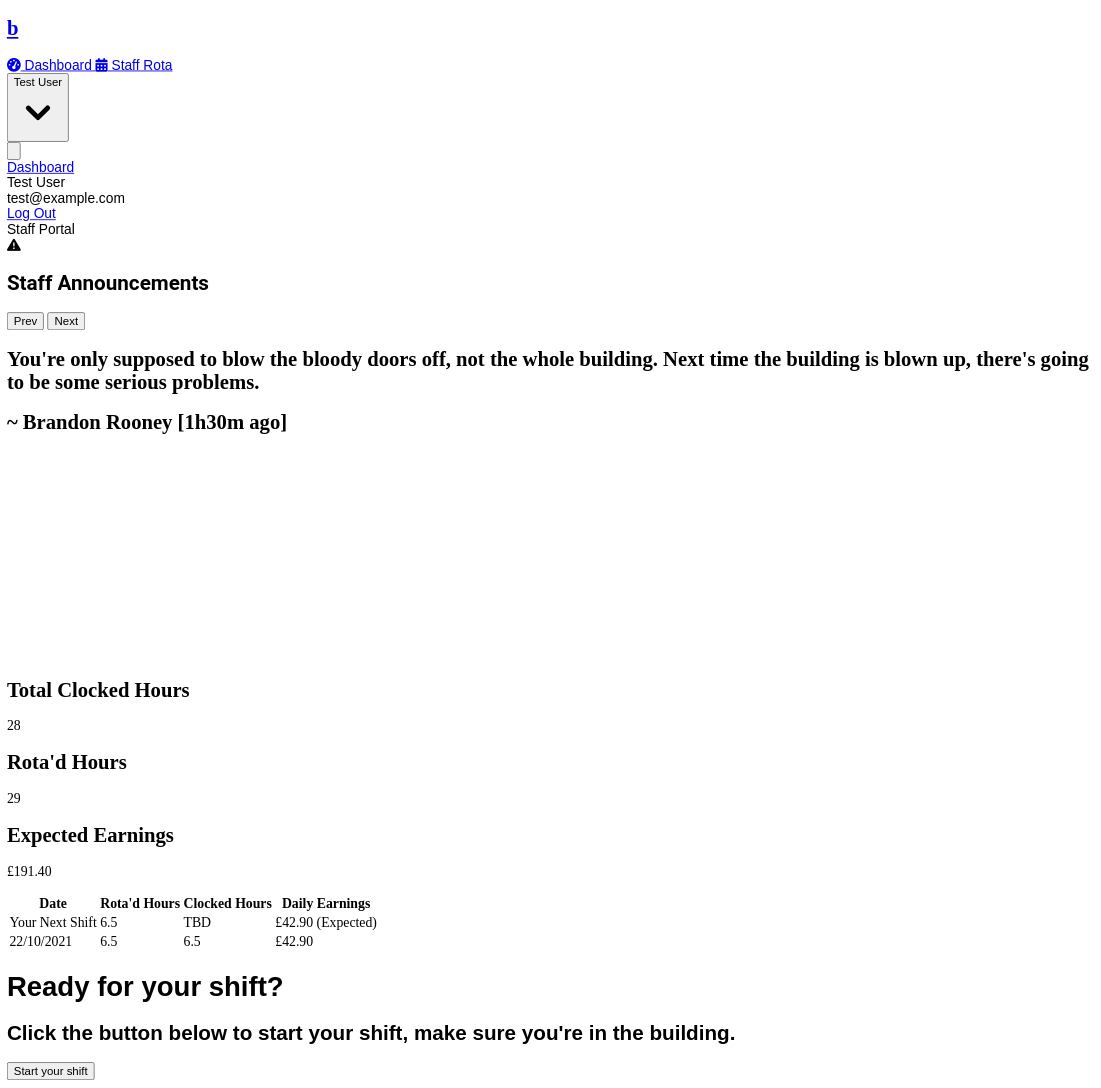
Repository: SimplyBrandon/blue-lounge
Page: http://localhost/rota
The author's editor kept a copy of each file at every save. The page is drawn from the files as they stood at one save, then again after the next save.
The browser window is 1280 px wide. The pictures show the whole page, at 86% of full size.
Some web libraries are served in a nearby version. The page is served by the project's Laravel application, run on PHP 8.4 with Laravel 8. A made-up administrator, Test User (test@example.com), is signed in. Other server files are loaded and not shown.

Above is the page before, as saved 2021-10-23 15:35:04.

### routes/web.php
<?php

use Illuminate\Support\Facades\Route;

/*
|--------------------------------------------------------------------------
| Web Routes
|--------------------------------------------------------------------------
|
| Here is where you can register web routes for your application. These
| routes are loaded by the RouteServiceProvider within a group which
| contains the "web" middleware group. Now create something great!
|
*/

Route::get('/', function () {
    return view('welcome');
})->name('welcome');

Route::get('/dashboard', function () {
    return view('dashboard');
})->middleware(['auth'])->name('dashboard');

Route::get('/rota', function(){
    return view('staff.rota');
})->middleware(['auth'])->name('rota');

require __DIR__.'/auth.php';

### resources/views/staff/rota.blade.php
@extends('layouts.app')

@section('content')
    <div class="flex items-start max-w-7xl mx-auto mt-10 px-4 sm:px-6 lg:px-8">
        <div class="flex flex-col flex-grow mr-10">
            <div class="flex flex-col bg-black bg-opacity-30 rounded-md mb-8 shadow-md">
                <div class="flex items-center w-full px-6 py-4 text-white text-sm font-semibold uppercase tracking-wider" style="font-family: 'Roboto', sans-serif">
                    <div class="flex items-center">
                        <i class="fa fa-exclamation-triangle mr-3"></i>
                        <h2>Staff Announcements</h2>
                    </div>
                    <div class="flex items-center ml-auto">
                        <button type="button" id="prev-announcement" class="mr-3 uppercase font-semibold">Prev</button>
                        <button type="button" id="next-announcement" class="uppercase font-semibold">Next</button>
                    </div>
                </div>
                <div class="flex flex-col">
                    <div class="flex flex-col bg-white bg-opacity-5 rounded-b-md">
                        <h2 class="text-white px-6 py-3">You're only supposed to blow the bloody doors off, not the whole building. Next time the building is blown up, there's going to be some serious problems.</h2>
                        <h2 class="text-gray-300 italic font-semibold px-6 pb-3">~ Brandon Rooney <span class="text-xs text-gray-50">[1h30m ago]</span></h2>
                    </div>
                </div>
            </div>

            <div class="flex flex-col w-full bg-white bg-opacity-5 rounded-md shadow-md p-10">
                <canvas id="myChart" width="400" height="240"></canvas>
                <div class="flex items-center mt-8 pb-4 border-b-2 border-white border-opacity-5">
                    <div class="flex flex-col w-1/3">
                        <h2 class="text-gray-300 text-sm">Total Clocked Hours</h2>
                        <p class="text-white font-bold text-3xl">28</p>
                    </div>
                    <div class="flex flex-col w-1/3 text-center">
                        <h2 class="text-gray-300 text-sm">Rota'd Hours</h2>
                        <p class="text-white font-bold text-3xl">29</p>
                    </div>
                    <div class="flex flex-col w-1/3 text-right">
                        <h2 class="text-gray-300 text-sm">Expected Earnings</h2>
                        <p class="text-white font-bold text-3xl">£191.40</p>
                    </div>
                </div>
                <div class="flex flex-col w-full">
                    <table class="w-full">
                        <thead class="border-b-2 border-opacity-5 border-white">
                            <tr>
                                <th class="text-left text-white py-3">Date</th>
                                <th class="text-left text-white py-3">Rota'd Hours</th>
                                <th class="text-right text-white py-3">Clocked Hours</th>
                                <th class="text-white py-3 text-right">Daily Earnings</th>
                            </tr>
                        </thead>
                        <tbody>
                            <tr class="font-semibold">
                                <td class="text-left text-white py-3 uppercase text-sm">Your Next Shift</td>
                                <td class="text-left text-white py-3">6.5</td>
                                <td class="text-right text-white py-3">TBD</td>
                                <td class="text-right text-white py-3">£42.90 (Expected)</td>
                            </tr>
                            <tr>
                                <td class="text-left text-gray-400 py-3">22/10/2021</td>
                                <td class="text-left text-gray-400 py-3">6.5</td>
                                <td class="text-right text-gray-400 py-3">6.5</td>
                                <td class="text-right text-gray-400 py-3">£42.90</td>
                            </tr>
                        </tbody>
                    </table>
                </div>
            </div>
        </div>
        <div class="flex flex-col" style="min-width: 340px;">
            <div class="flex flex-col bg-blue-400 rounded-md bg-opacity-20 justify-center p-10" style="font-family: 'Quicksand', sans-serif">
                <h1 class="font-semibold text-2xl text-white tracking-wider" style="font-family: 'Bebas Neue', sans-serif">Ready for your shift?</h1>
                <h2 class="text-gray-300 text-justify text-sm mt-2">Click the button below to start your shift, make sure you're in the building.</h2>

                <button type="button" class="bg-blue-400 hover:bg-blue-500 w-full mt-10 py-3 text-white text-sm uppercase font-semibold tracking-wide rounded-md shadow-md transition ease duration-200">Start your shift</button>
            </div>
        </div>
    </div>

    <script>

    </script>
@endsection

### resources/views/layouts/app.blade.php
<!DOCTYPE html>
<html lang="{{ str_replace('_', '-', app()->getLocale()) }}">
    <head>
        <meta charset="utf-8">
        <meta name="viewport" content="width=device-width, initial-scale=1">
        <meta name="csrf-token" content="{{ csrf_token() }}">

        <title>{{ config('app.name', 'Laravel') }}</title>

        <!-- Fonts -->
        <link rel="stylesheet" href="https://fonts.googleapis.com/css2?family=Nunito:wght@400;600;700&display=swap">

        <!-- Styles -->
        <link rel="stylesheet" href="{{ asset('css/app.css') }}">

        <!-- Scripts -->
        <script src="{{ asset('js/app.js') }}" defer></script>
        <script type="text/javascript" src="https://cdn.jsdelivr.net/npm/chart.js@3.5.1/dist/chart.min.js"></script>
    </head>
    <body class="font-sans antialiased">
        <div class="min-h-screen bg-gray-900">
            @include('layouts.navigation')

            <!-- Page Heading -->
            <header class="bg-gray-800 shadow">
                <div class="max-w-7xl mx-auto py-6 px-4 sm:px-6 lg:px-8 tracking-wide text-white text-2xl font-semibold" style="font-family: 'Quicksand', sans-serif">
                    Staff Portal
                </div>
            </header>

            <!-- Page Content -->
            <main>
                @yield('content')
            </main>
        </div>

        <script src="https://code.jquery.com/jquery-3.6.0.min.js" integrity="sha256-/xUj+3OJU5yExlq6GSYGSHk7tPXikynS7ogEvDej/m4=" crossorigin="anonymous"></script>
        <script type="text/javascript" src="{{ asset('js/parallax.min.js') }}"></script>
        <script src="https://kit.fontawesome.com/69ebd03f48.js" crossorigin="anonymous"></script>
    </body>
</html>

### resources/views/layouts/navigation.blade.php
<nav x-data="{ open: false }" class="bg-gray-800 border-b border-gray-900" style="font-family: 'Quicksand', sans-serif">
    <!-- Primary Navigation Menu -->
    <div class="max-w-7xl mx-auto px-4 sm:px-6 lg:px-8">
        <div class="flex justify-between h-16">
            <div class="flex">
                <!-- Logo -->
                <div class="flex-shrink-0 flex items-center">
                    <a href="{{ route('dashboard') }}">
                        <h2 class="font-semibold text-blue-400 text-4xl" style="font-family: 'Righteous', cursive">b</h2>
                    </a>
                </div>

                <!-- Navigation Links -->
                <div class="hidden space-x-8 sm:-my-px sm:ml-10 sm:flex">
                    <x-nav-link :href="route('dashboard')" :active="request()->routeIs('dashboard')">
                        <i class="fa fa-tachometer mr-3"></i> {{ __('Dashboard') }}
                    </x-nav-link>
                    <x-nav-link :href="route('rota')" :active="request()->routeIs('rota')">
                        <i class="fa fa-calendar mr-3"></i> {{ __('Staff Rota') }}
                    </x-nav-link>
                </div>
            </div>

            <!-- Settings Dropdown -->
            <div class="hidden sm:flex sm:items-center sm:ml-6">
                <x-dropdown align="right" width="48">
                    <x-slot name="trigger">
                        <button class="flex items-center text-sm font-medium text-white hover:text-blue-400 hover:border-gray-300 focus:outline-none focus:text-blue-300 focus:border-gray-300 transition duration-150 ease-in-out">
                            <div>{{ Auth::user()->name }}</div>

                            <div class="ml-1">
                                <svg class="fill-current h-4 w-4" xmlns="http://www.w3.org/2000/svg" viewBox="0 0 20 20">
                                    <path fill-rule="evenodd" d="M5.293 7.293a1 1 0 011.414 0L10 10.586l3.293-3.293a1 1 0 111.414 1.414l-4 4a1 1 0 01-1.414 0l-4-4a1 1 0 010-1.414z" clip-rule="evenodd" />
                                </svg>
                            </div>
                        </button>
                    </x-slot>

                    <x-slot name="content">
                        <x-dropdown-link :href="route('welcome')">{{ __('Account Settings') }}</x-dropdown-link>
                        <div class="w-full h-px bg-gray-800"></div>
                        <form method="POST" action="{{ route('logout') }}">@csrf
                            <x-dropdown-link :href="route('logout')" onclick="event.preventDefault(); this.closest('form').submit();">
                                {{ __('Log Out') }}
                            </x-dropdown-link>
                        </form>
                    </x-slot>
                </x-dropdown>
            </div>

            <!-- Hamburger -->
            <div class="-mr-2 flex items-center sm:hidden">
                <button @click="open = ! open" class="inline-flex items-center justify-center p-2 rounded-md text-gray-400 hover:text-gray-500 hover:bg-gray-100 focus:outline-none focus:bg-gray-100 focus:text-gray-500 transition duration-150 ease-in-out">
                    <svg class="h-6 w-6" stroke="currentColor" fill="none" viewBox="0 0 24 24">
                        <path :class="{'hidden': open, 'inline-flex': ! open }" class="inline-flex" stroke-linecap="round" stroke-linejoin="round" stroke-width="2" d="M4 6h16M4 12h16M4 18h16" />
                        <path :class="{'hidden': ! open, 'inline-flex': open }" class="hidden" stroke-linecap="round" stroke-linejoin="round" stroke-width="2" d="M6 18L18 6M6 6l12 12" />
                    </svg>
                </button>
            </div>
        </div>
    </div>

    <!-- Responsive Navigation Menu -->
    <div :class="{'block': open, 'hidden': ! open}" class="hidden sm:hidden">
        <div class="pt-2 pb-3 space-y-1">
            <x-responsive-nav-link :href="route('dashboard')" :active="request()->routeIs('dashboard')">
                {{ __('Dashboard') }}
            </x-responsive-nav-link>
        </div>

        <!-- Responsive Settings Options -->
        <div class="pt-4 pb-1 border-t border-gray-200">
            <div class="px-4">
                <div class="font-medium text-base text-gray-800">{{ Auth::user()->name }}</div>
                <div class="font-medium text-sm text-gray-500">{{ Auth::user()->email }}</div>
            </div>

            <div class="mt-3 space-y-1">
                <!-- Authentication -->
                <form method="POST" action="{{ route('logout') }}">
                    @csrf

                    <x-responsive-nav-link :href="route('logout')"
                            onclick="event.preventDefault();
                                        this.closest('form').submit();">
                        {{ __('Log Out') }}
                    </x-responsive-nav-link>
                </form>
            </div>
        </div>
    </div>
</nav>

### resources/views/components/nav-link.blade.php
@props(['active'])

@php $classes = ($active ?? false) ? 'inline-flex items-center px-1 pt-1 text-sm font-medium leading-5 text-white focus:outline-none transition duration-150 ease-in-out' : 'inline-flex items-center px-1 pt-1 text-sm font-medium leading-5 text-gray-400 focus:outline-none transition duration-150 ease-in-out hover:text-blue-500'; @endphp

<a {{ $attributes->merge(['class' => $classes]) }}>
    {{ $slot }}
</a>

### resources/views/components/dropdown-link.blade.php
<a {{ $attributes->merge(['class' => 'block px-4 py-2 text-sm leading-5 text-gray-500 focus:outline-none hover:text-blue-400 transition duration-150 ease-in-out']) }}>{{ $slot }}</a>

### resources/views/components/dropdown.blade.php
@props(['align' => 'right', 'width' => '48', 'contentClasses' => 'py-1 bg-white'])

@php
switch ($align) {
    case 'left':
        $alignmentClasses = 'origin-top-left left-0';
        break;
    case 'top':
        $alignmentClasses = 'origin-top';
        break;
    case 'right':
    default:
        $alignmentClasses = 'origin-top-right right-0';
        break;
}

switch ($width) {
    case '48':
        $width = 'w-48';
        break;
}
@endphp

<div class="relative shadow-md" x-data="{ open: false }" @click.away="open = false" @close.stop="open = false">
    <div @click="open = ! open">
        {{ $trigger }}
    </div>

    <div x-show="open"
            x-transition:enter="transition ease-out duration-200"
            x-transition:enter-start="transform opacity-0 scale-95"
            x-transition:enter-end="transform opacity-100 scale-100"
            x-transition:leave="transition ease-in duration-75"
            x-transition:leave-start="transform opacity-100 scale-100"
            x-transition:leave-end="transform opacity-0 scale-95"
            class="absolute z-50 mt-2 {{ $width }} rounded-md shadow-lg {{ $alignmentClasses }}"
            style="display: none;"
            @click="open = false">
        <div class="bg-gray-900 border-gray-800 rounded-md ring-1 {{ $contentClasses }}">
            {{ $content }}
        </div>
    </div>
</div>

Loaded but not shown: routes/auth.php (common file); app/Models/User.php (common file); resources/views/components/responsive-nav-link.blade.php (common file); public/js/parallax.min.js (library); public/js/app.js (library)

After the next save:
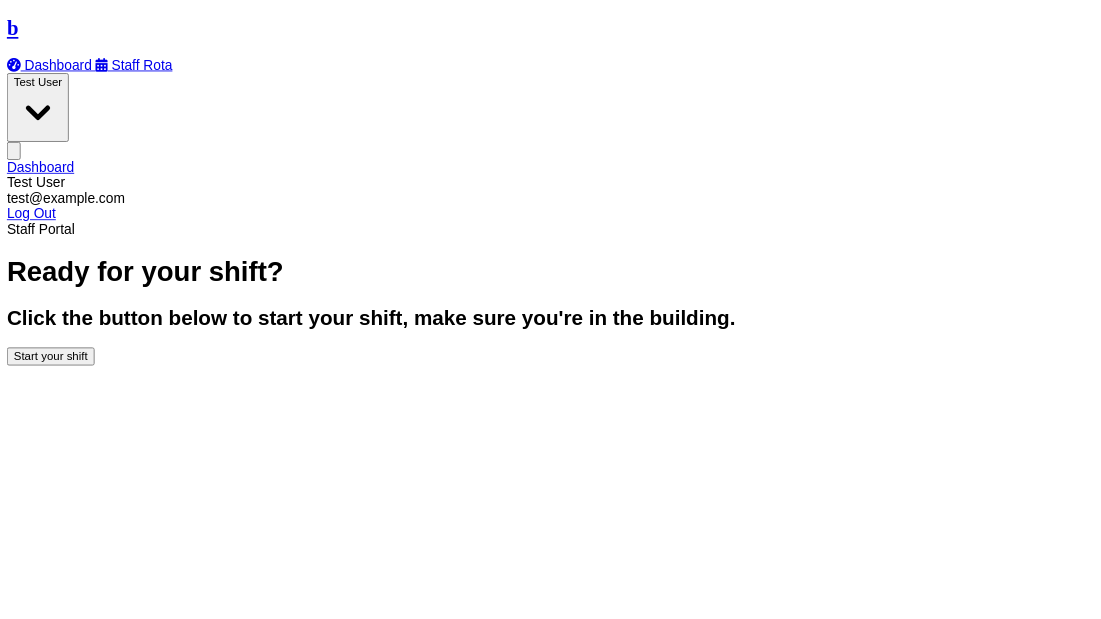
Saved 30 s later.
--- a/resources/views/staff/rota.blade.php
+++ b/resources/views/staff/rota.blade.php
@@ -3,68 +3,7 @@
 @section('content')
     <div class="flex items-start max-w-7xl mx-auto mt-10 px-4 sm:px-6 lg:px-8">
         <div class="flex flex-col flex-grow mr-10">
-            <div class="flex flex-col bg-black bg-opacity-30 rounded-md mb-8 shadow-md">
-                <div class="flex items-center w-full px-6 py-4 text-white text-sm font-semibold uppercase tracking-wider" style="font-family: 'Roboto', sans-serif">
-                    <div class="flex items-center">
-                        <i class="fa fa-exclamation-triangle mr-3"></i>
-                        <h2>Staff Announcements</h2>
-                    </div>
-                    <div class="flex items-center ml-auto">
-                        <button type="button" id="prev-announcement" class="mr-3 uppercase font-semibold">Prev</button>
-                        <button type="button" id="next-announcement" class="uppercase font-semibold">Next</button>
-                    </div>
-                </div>
-                <div class="flex flex-col">
-                    <div class="flex flex-col bg-white bg-opacity-5 rounded-b-md">
-                        <h2 class="text-white px-6 py-3">You're only supposed to blow the bloody doors off, not the whole building. Next time the building is blown up, there's going to be some serious problems.</h2>
-                        <h2 class="text-gray-300 italic font-semibold px-6 pb-3">~ Brandon Rooney <span class="text-xs text-gray-50">[1h30m ago]</span></h2>
-                    </div>
-                </div>
-            </div>
 
-            <div class="flex flex-col w-full bg-white bg-opacity-5 rounded-md shadow-md p-10">
-                <canvas id="myChart" width="400" height="240"></canvas>
-                <div class="flex items-center mt-8 pb-4 border-b-2 border-white border-opacity-5">
-                    <div class="flex flex-col w-1/3">
-                        <h2 class="text-gray-300 text-sm">Total Clocked Hours</h2>
-                        <p class="text-white font-bold text-3xl">28</p>
-                    </div>
-                    <div class="flex flex-col w-1/3 text-center">
-                        <h2 class="text-gray-300 text-sm">Rota'd Hours</h2>
-                        <p class="text-white font-bold text-3xl">29</p>
-                    </div>
-                    <div class="flex flex-col w-1/3 text-right">
-                        <h2 class="text-gray-300 text-sm">Expected Earnings</h2>
-                        <p class="text-white font-bold text-3xl">£191.40</p>
-                    </div>
-                </div>
-                <div class="flex flex-col w-full">
-                    <table class="w-full">
-                        <thead class="border-b-2 border-opacity-5 border-white">
-                            <tr>
-                                <th class="text-left text-white py-3">Date</th>
-                                <th class="text-left text-white py-3">Rota'd Hours</th>
-                                <th class="text-right text-white py-3">Clocked Hours</th>
-                                <th class="text-white py-3 text-right">Daily Earnings</th>
-                            </tr>
-                        </thead>
-                        <tbody>
-                            <tr class="font-semibold">
-                                <td class="text-left text-white py-3 uppercase text-sm">Your Next Shift</td>
-                                <td class="text-left text-white py-3">6.5</td>
-                                <td class="text-right text-white py-3">TBD</td>
-                                <td class="text-right text-white py-3">£42.90 (Expected)</td>
-                            </tr>
-                            <tr>
-                                <td class="text-left text-gray-400 py-3">22/10/2021</td>
-                                <td class="text-left text-gray-400 py-3">6.5</td>
-                                <td class="text-right text-gray-400 py-3">6.5</td>
-                                <td class="text-right text-gray-400 py-3">£42.90</td>
-                            </tr>
-                        </tbody>
-                    </table>
-                </div>
-            </div>
         </div>
         <div class="flex flex-col" style="min-width: 340px;">
             <div class="flex flex-col bg-blue-400 rounded-md bg-opacity-20 justify-center p-10" style="font-family: 'Quicksand', sans-serif">
